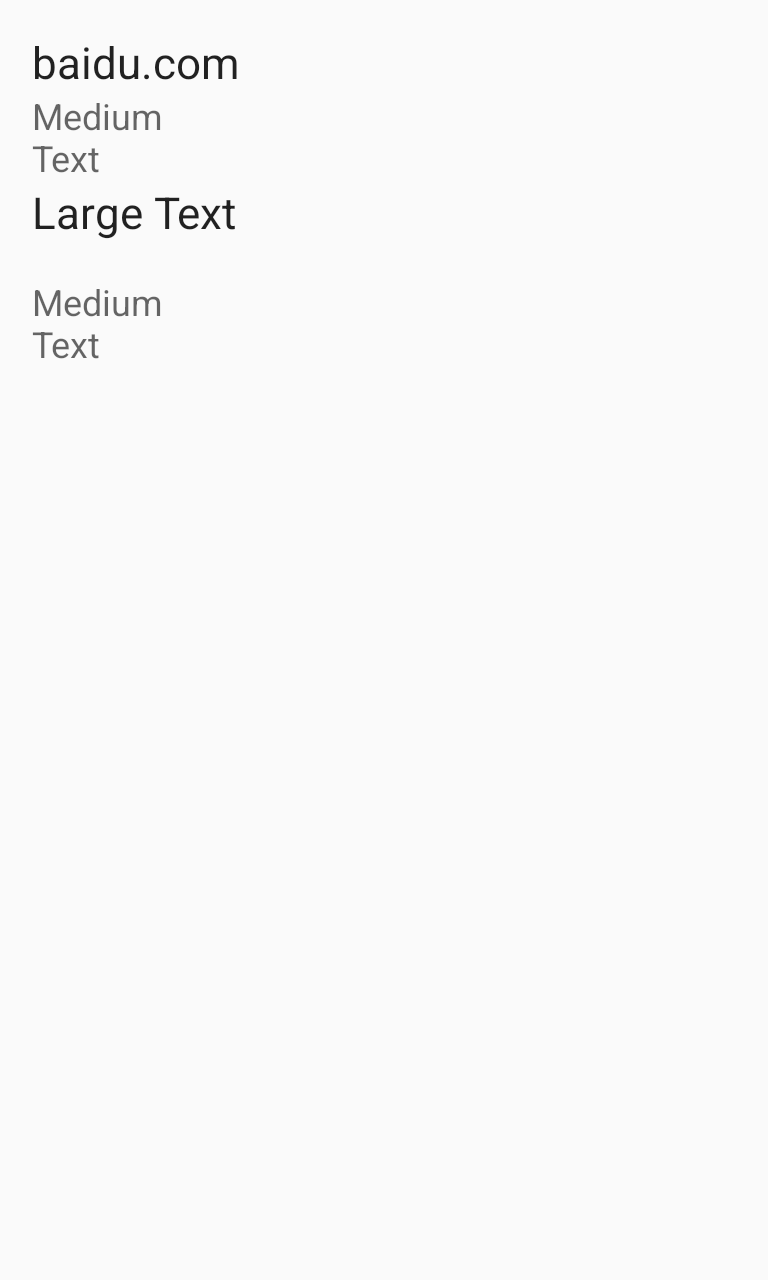
Repository: xiaoniao/home
Layout: android_training/VolleyTraing/res/layout/activity_main.xml
These files come from the project's save history. The layout is drawn as it stood at one moment and after the next save; the edit follows.
It is drawn on a 768 x 1280 px phone screen (xhdpi) without system bars, with theme AppTheme; the app's code is not run.

Above is the layout before, as saved 2014-09-04 13:08:47.

### android_training/VolleyTraing/res/layout/activity_main.xml
<ScrollView xmlns:android="http://schemas.android.com/apk/res/android"
    xmlns:tools="http://schemas.android.com/tools"
    android:layout_width="match_parent"
    android:layout_height="wrap_content"
    android:paddingBottom="@dimen/activity_vertical_margin"
    android:paddingLeft="@dimen/activity_horizontal_margin"
    android:paddingRight="@dimen/activity_horizontal_margin"
    android:paddingTop="@dimen/activity_vertical_margin"
    tools:context="com.example.volleytraing.MainActivity" >

    <RelativeLayout
        android:layout_width="match_parent"
        android:layout_height="wrap_content" >

        <TextView
            android:id="@+id/textView1"
            android:layout_width="wrap_content"
            android:layout_height="wrap_content"
            android:layout_alignParentLeft="true"
            android:layout_alignParentTop="true"
            android:text="baidu.com"
            android:textAppearance="?android:attr/textAppearanceLarge" />

        <TextView
            android:id="@+id/textView2"
            android:layout_width="wrap_content"
            android:layout_height="wrap_content"
            android:layout_alignRight="@+id/textView1"
            android:layout_below="@+id/textView1"
            android:text="Medium Text"
            android:textAppearance="?android:attr/textAppearanceMedium" />

        <TextView
            android:id="@+id/textView3"
            android:layout_width="wrap_content"
            android:layout_height="wrap_content"
            android:layout_alignLeft="@+id/textView2"
            android:layout_below="@+id/textView2"
            android:text="Large Text"
            android:textAppearance="?android:attr/textAppearanceLarge" />

        <TextView
            android:id="@+id/textView4"
            android:layout_width="wrap_content"
            android:layout_height="wrap_content"
            android:layout_alignRight="@+id/textView3"
            android:layout_below="@+id/textView3"
            android:layout_marginTop="18dp"
            android:text="Medium Text"
            android:textAppearance="?android:attr/textAppearanceMedium" />
    </RelativeLayout>

</ScrollView>

Loaded but not shown: android_training/VolleyTraing/res/values/styles.xml (common file); android_training/VolleyTraing/res/values-v11/styles.xml (common file); android_training/VolleyTraing/res/values-v14/styles.xml (common file); android_training/VolleyTraing/res/values/dimens.xml (common file); android_training/VolleyTraing/res/values-w820dp/dimens.xml (common file)

After the next save:
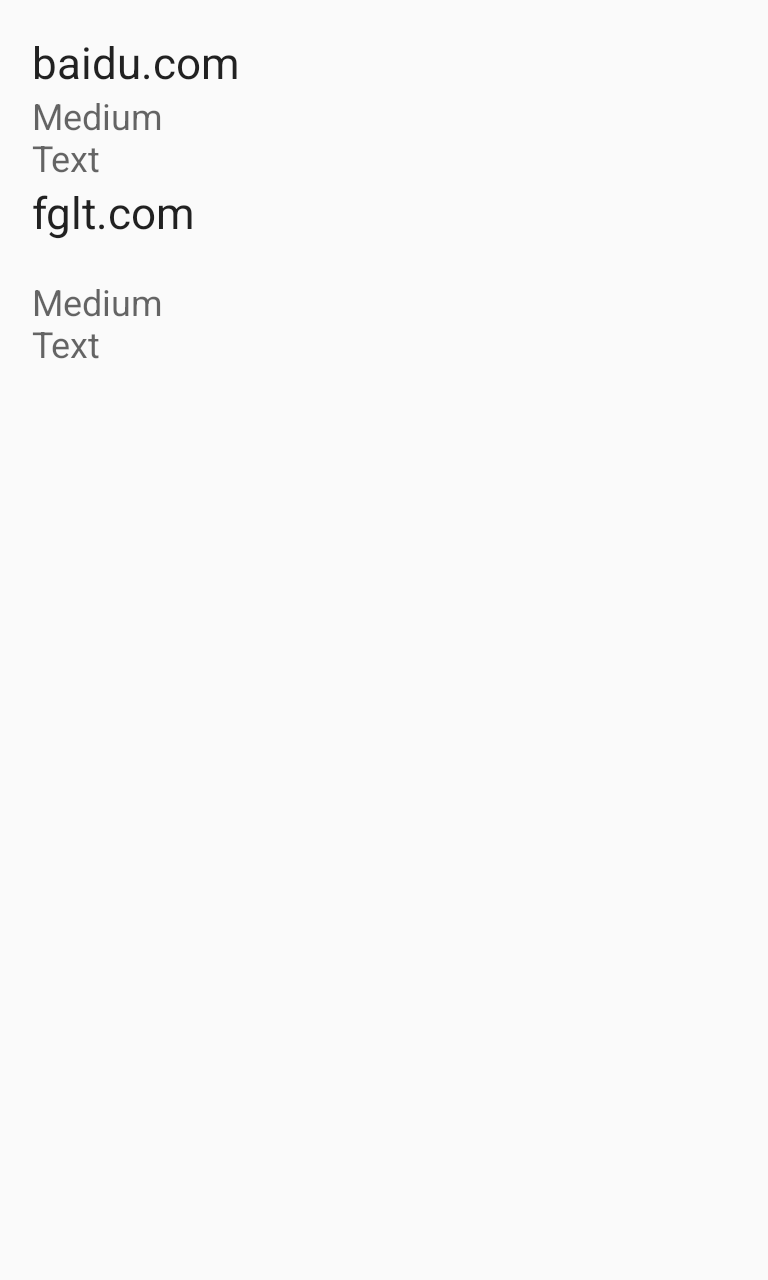
Saved 11 s later.
--- a/android_training/VolleyTraing/res/layout/activity_main.xml
+++ b/android_training/VolleyTraing/res/layout/activity_main.xml
@@ -36,7 +36,7 @@
             android:layout_height="wrap_content"
             android:layout_alignLeft="@+id/textView2"
             android:layout_below="@+id/textView2"
-            android:text="Large Text"
+            android:text="fglt.com"
             android:textAppearance="?android:attr/textAppearanceLarge" />
 
         <TextView
